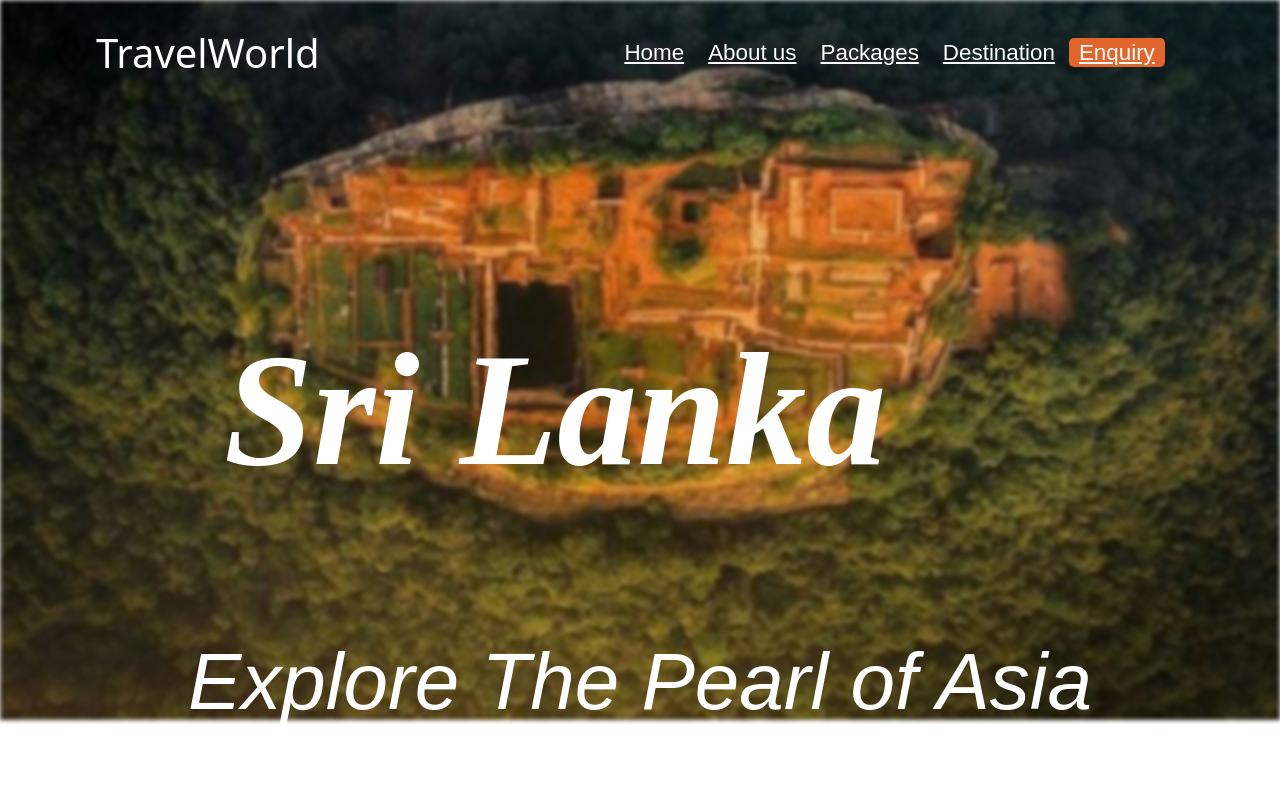
Repository: Haakim19/TavelWorld
Page: HTML/Home.html
The author's editor kept a copy of each file at every save. The page is drawn from the files as they stood at one save, then again after the next save.
The browser window is 1280 px wide. The pictures show the whole page.
Some web fonts or font styles are not loaded; a fallback is used.

Above is the page before, as saved 2024-11-02 10:54:42.

After the next save:
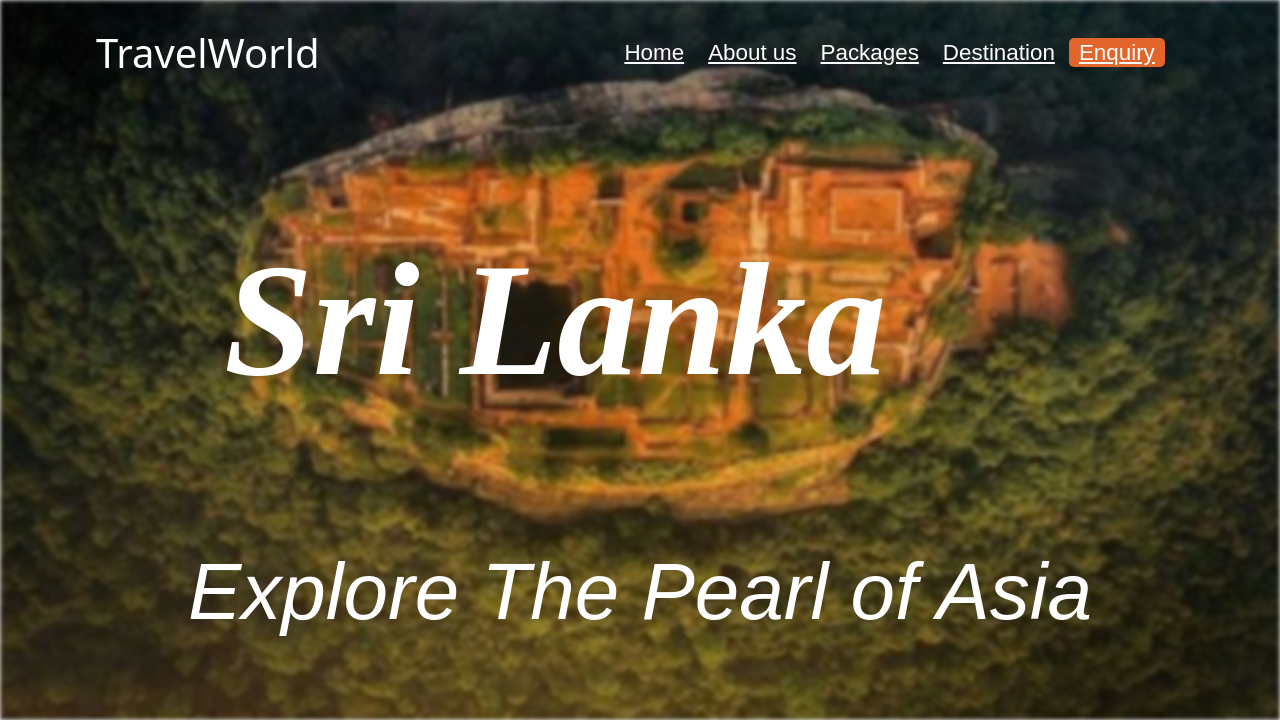
Saved 8 s later.
--- a/CSS/Navbar.css
+++ b/CSS/Navbar.css
@@ -70,7 +70,7 @@ section {
     flex-direction: column;
     justify-content: center;
     align-items: center;
-    margin-top: 100px;
+    margin-top: 10px;
 
 }
 
